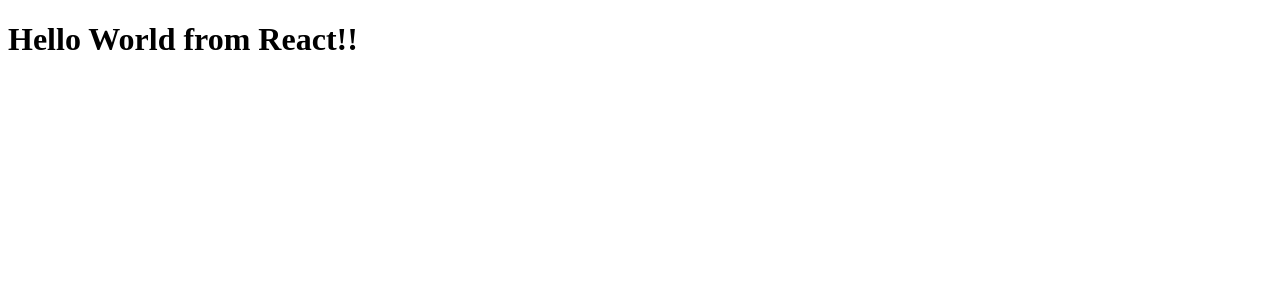
Repository: SrijanaGupta/lets-react
Page: index.html
These files come from the project's save history. The page is drawn as it stood at one moment and after a run of saves; the edit follows.
The browser window is 1280 px wide. The pictures show the whole page.

Above is the page before, as saved 2024-07-04 20:26:50.

### index.html
<!DOCTYPE html>
<html lang="en">
<head>
    <meta charset="UTF-8">
    <meta name="viewport" content="width=device-width, initial-scale=1.0">
    <title>Learning React</title>
</head>
<body>
    <div id="root"></div>
    <script crossorigin src="https://unpkg.com/react@18/umd/react.development.js"></script>
    <script crossorigin src="https://unpkg.com/react-dom@18/umd/react-dom.development.js"></script>
    <script>
        const heading = React.createElement('h1', {}, 'Hello World from React!!');
        const root = ReactDOM.createRoot(document.getElementById('root'));
        root.render(heading);
    </script>

</body>
</html>

### script.js
const root = document.getElementById('root');
const h1 = document.createElement('h1');
h1.innerHTML = 'Hello World from JavaScript!'
root.appendChild(h1);

After the next 4 saves:
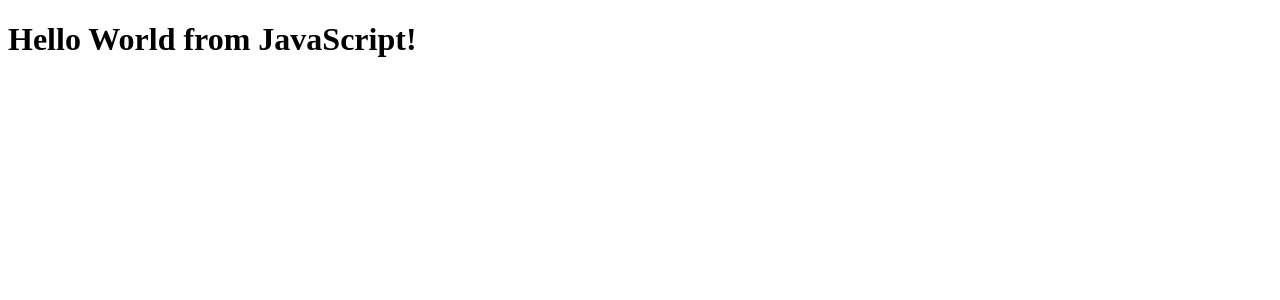
The 4 saves are shown as one change because they came seconds apart.
The last was saved 3 min 2 s later.
--- a/index.html
+++ b/index.html
@@ -9,7 +9,7 @@
     <div id="root"></div>
     <script crossorigin src="https://unpkg.com/react@18/umd/react.development.js"></script>
     <script crossorigin src="https://unpkg.com/react-dom@18/umd/react-dom.development.js"></script>
-    <script>
+    <script src="script.js" >
         const heading = React.createElement('h1', {}, 'Hello World from React!!');
         const root = ReactDOM.createRoot(document.getElementById('root'));
         root.render(heading);

After the 4 saves that followed:
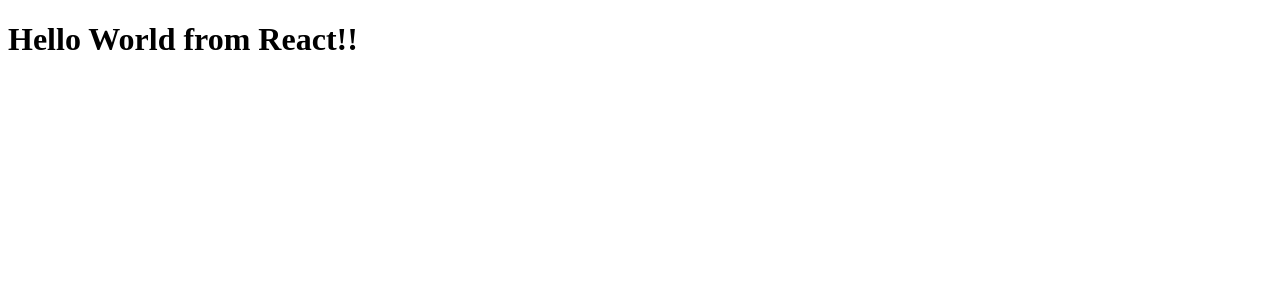
The 4 saves are shown as one change because 2 left the picture as it was and some came seconds apart.
The last was saved 19 s later.
--- a/index.html
+++ b/index.html
@@ -9,11 +9,7 @@
     <div id="root"></div>
     <script crossorigin src="https://unpkg.com/react@18/umd/react.development.js"></script>
     <script crossorigin src="https://unpkg.com/react-dom@18/umd/react-dom.development.js"></script>
-    <script src="script.js" >
-        const heading = React.createElement('h1', {}, 'Hello World from React!!');
-        const root = ReactDOM.createRoot(document.getElementById('root'));
-        root.render(heading);
-    </script>
+    <script src="script.js" type="module"></script>
 
 </body>
 </html>
--- a/script.js
+++ b/script.js
@@ -1,4 +1,3 @@
-const root = document.getElementById('root');
-const h1 = document.createElement('h1');
-h1.innerHTML = 'Hello World from JavaScript!'
-root.appendChild(h1);
+const heading = React.createElement('h1', {}, 'Hello World from React!!');
+const root = ReactDOM.createRoot(document.getElementById('root'));
+root.render(heading);
